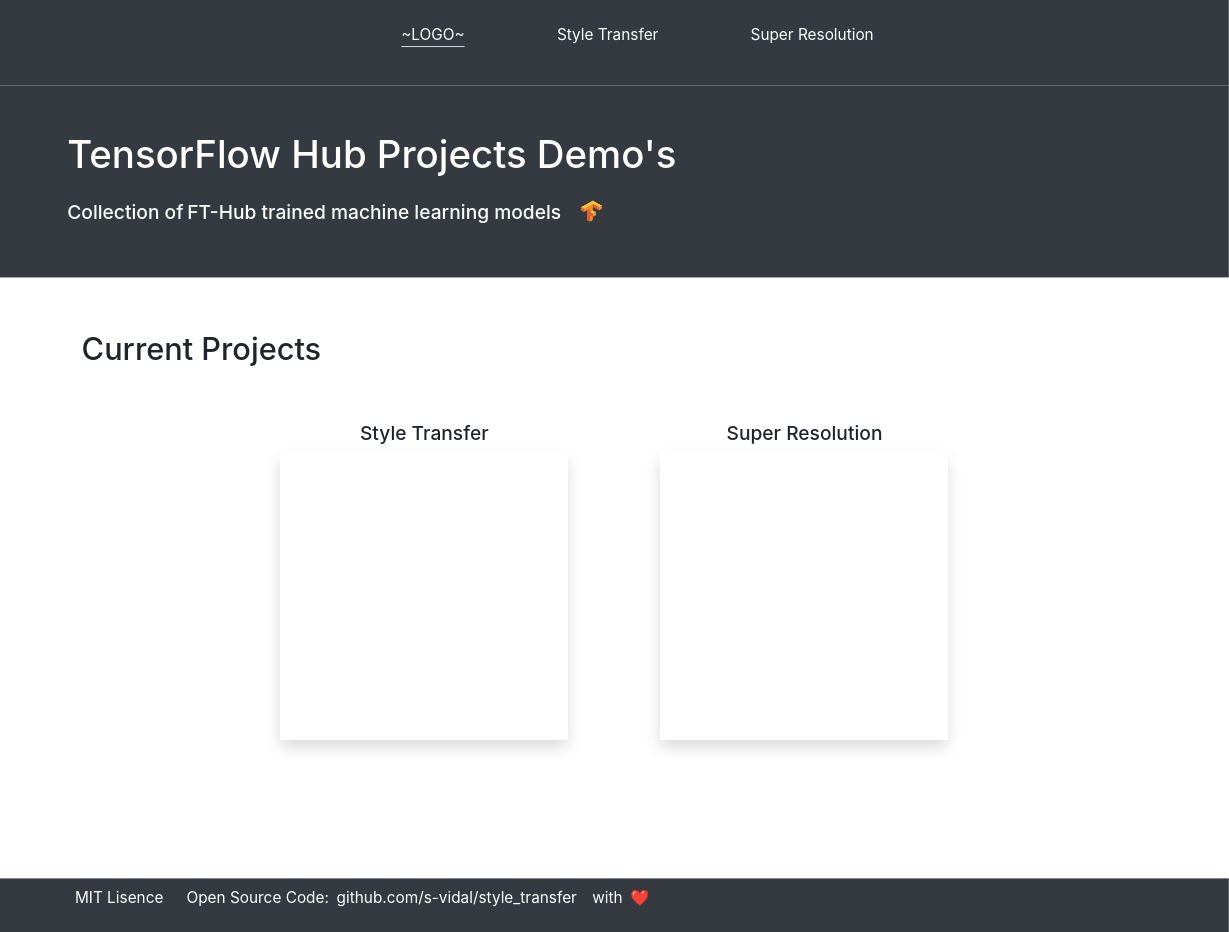
Repository: s-vidal/style_transfer
Page: / (app in client/)
These files come from the project's save history. The page is drawn as it stood at one moment and after a run of saves; the edit follows.
The browser window is 1280 px wide. The pictures show the whole page, at 96% of full size.
The pointer rests on the first visible `.home-item`.
The page's requests for data from a server got no answer. The project was rebuilt for these pictures with package versions that can differ from the ones it lists, and the page was loaded fresh each time. A package was used in the major version that the imports need, not the one package.json lists. No one was signed in, and anything a server would have sent is missing. Also part of the build but not shown: client/src/components/DropZone.jsx, client/src/lib/api.js, client/src/components/Inference.jsx, client/src/components/Header.jsx, client/src/pages/StyleTransfer.jsx, client/src/pages/SuperResolution.jsx.

Above is the page before, as saved 2020-09-30 14:32:27.

### client/public/index.html
<!DOCTYPE html>
<html lang="en">
  <head>
    <meta charset="utf-8" />
    <link rel="icon" href="%PUBLIC_URL%/favicon.ico" />
    <meta name="viewport" content="width=device-width, initial-scale=1" />
    <meta name="theme-color" content="#000000" />
    <meta
      name="description"
      content="Web site created using create-react-app"
    />
    <link rel="apple-touch-icon" href="%PUBLIC_URL%/logo192.png" />
    <!--
      manifest.json provides metadata used when your web app is installed on a
      user's mobile device or desktop. See https://developers.google.com/web/fundamentals/web-app-manifest/
    -->
    <link rel="manifest" href="%PUBLIC_URL%/manifest.json" />
    <!--
      Notice the use of %PUBLIC_URL% in the tags above.
      It will be replaced with the URL of the `public` folder during the build.
      Only files inside the `public` folder can be referenced from the HTML.

      Unlike "/favicon.ico" or "favicon.ico", "%PUBLIC_URL%/favicon.ico" will
      work correctly both with client-side routing and a non-root public URL.
      Learn how to configure a non-root public URL by running `npm run build`.
    -->
    <!-- CSS only -->
    <link
      rel="stylesheet"
      href="https://stackpath.bootstrapcdn.com/bootstrap/4.5.2/css/bootstrap.min.css"
      integrity="sha384-JcKb8q3iqJ61gNV9KGb8thSsNjpSL0n8PARn9HuZOnIxN0hoP+VmmDGMN5t9UJ0Z"
      crossorigin="anonymous"
    />
    <title>React App</title>
  </head>
  <body>
    <noscript>You need to enable JavaScript to run this app.</noscript>
    <div id="root"></div>
    <!--
      This HTML file is a template.
      If you open it directly in the browser, you will see an empty page.

      You can add webfonts, meta tags, or analytics to this file.
      The build step will place the bundled scripts into the <body> tag.

      To begin the development, run `npm start` or `yarn start`.
      To create a production bundle, use `npm run build` or `yarn build`.
    -->
    <!-- JS, Popper.js, and jQuery -->
    <script
      src="https://code.jquery.com/jquery-3.5.1.slim.min.js"
      integrity="sha384-DfXdz2htPH0lsSSs5nCTpuj/zy4C+OGpamoFVy38MVBnE+IbbVYUew+OrCXaRkfj"
      crossorigin="anonymous"
    ></script>
    <script
      src="https://cdn.jsdelivr.net/npm/popper.js@1.16.1/dist/umd/popper.min.js"
      integrity="sha384-9/reFTGAW83EW2RDu2S0VKaIzap3H66lZH81PoYlFhbGU+6BZp6G7niu735Sk7lN"
      crossorigin="anonymous"
    ></script>
    <script
      src="https://stackpath.bootstrapcdn.com/bootstrap/4.5.2/js/bootstrap.min.js"
      integrity="sha384-B4gt1jrGC7Jh4AgTPSdUtOBvfO8shuf57BaghqFfPlYxofvL8/KUEfYiJOMMV+rV"
      crossorigin="anonymous"
    ></script>
  </body>
</html>

### client/src/App.js
import React from "react";
import {BrowserRouter as Router, Switch, Route} from "react-router-dom";
import "./App.css";
import StyleTransfer from "./pages/StyleTransfer";
import SuperResolution from "./pages/SuperResolution";
import Footer from "./components/Footer";
import NavBar from "./components/NavBar";
import HomePage from "./pages/HomePage";

function App() {
  return (
    <div>
      <Router>
        <NavBar />
        <Switch>
          <Route path="/super-resolution">
            <SuperResolution />
          </Route>
          <Route path="/style-transfer">
            <StyleTransfer />
          </Route>
          <Route path="/">
            <HomePage />
          </Route>
        </Switch>
        <Footer />
      </Router>
    </div>
  );
}

export default App;

### client/src/App.css
.vh-59 {
  min-height: 58.6vh;
}

.italic {
  font-style: italic;
}

### client/src/components/Footer.jsx
import React from "react";

const Footer = () => {
  return (
    <div className="text-white bg-dark">
      <div className="container mt-5">
        <div className="row p-2 mt-4">
          <p className="mr-4">MIT Lisence</p>
          <p>Open Source Code:</p>
          <a
            className="ml-2 text-white"
            href="https://github.com/s-vidal/style_transfer"
          >
            <span>github.com/s-vidal/style_transfer</span>
          </a>
          <p className="ml-3 mr-1"> with </p>
          <span role="img" aria-label="emoji" className="ml-1">
            ❤️
          </span>
        </div>
      </div>
    </div>
  );
};

export default Footer;

### client/src/components/NavBar.jsx
import React, {useState, useEffect} from "react";
import {Link, useLocation} from "react-router-dom";
import "./NavBar.css";

const NavBar = () => {
  const [currentPage, setCurrentPage] = useState("");
  const location = useLocation();

  useEffect(() => {
    const currentPath = location.pathname;
    setCurrentPage(currentPath.substring(1));
  }, [location]);

  return (
    <nav className="navbar navbar-expand-lg d-flex justify-content-center bg-dark pt-3 pb-3">
      <ul className="navbar-nav">
        <li className="nav-item">
          <Link className="nav-link pl-5 pr-5" to={"/"}>
            <div className="ml-5 ">
              <p
                className={
                  currentPage === ""
                    ? "text-white nav-text active border-bottom"
                    : "text-white nav-text"
                }
              >
                ~LOGO~
              </p>
            </div>
          </Link>
        </li>
        <li className="nav-item">
          <Link
            className="nav-link pl-5 pr-5 text-white"
            to={"/style-transfer"}
          >
            <p
              className={
                currentPage === "style-transfer"
                  ? "text-white nav-text active border-bottom"
                  : "text-white nav-text"
              }
            >
              Style Transfer
            </p>
          </Link>
        </li>
        <li className="nav-item active">
          <Link
            className="nav-link pl-5 pr-5 text-white"
            to={"/super-resolution"}
          >
            <p
              className={
                currentPage === "super-resolution"
                  ? "text-white nav-text active border-bottom"
                  : "text-white nav-text"
              }
            >
              Super Resolution
            </p>
          </Link>
        </li>
      </ul>
    </nav>
  );
};

export default NavBar;

### client/src/pages/HomePage.jsx
import React from "react";
import "../components/HomePage.css";

const HomePage = () => {
  return (
    <>
      <div className="bg-dark text-white p-4 pt-5 pb-5">
        <div className="container">
          <div className="row">
            <h1>TensorFlow Hub Projects Demo's</h1>
          </div>
          <div className="row mt-3">
            <h5>Collection of</h5>
            <a
              href="https://tfhub.dev/google/magenta/arbitrary-image-stylization-v1-256/2"
              className="pl-1 pr-1 text-white"
            >
              <h5>FT-Hub trained machine learning models</h5>
            </a>
            <img
              className="ml-3"
              src={require("../img/tf_logo.png")}
              alt="tf"
              width="22"
              height="22"
            ></img>
          </div>
        </div>
      </div>
      <div className="vh-59 p-5 pb-0">
        <div className="container">
          <div>
            <h2 className="mt-2">Current Projects</h2>
          </div>
          <div className="row d-flex justify-content-center">
            <div className="m-5">
              <h5 className="text-center">Style Transfer</h5>
              <div className="home-item shadow"></div>
            </div>
            <div className="m-5">
              <h5 className="text-center"> Super Resolution</h5>
              <div className="home-item shadow"></div>
            </div>
          </div>
        </div>
      </div>
    </>
  );
};

export default HomePage;

### client/src/components/NavBar.css
.nav-text:hover {
  border-bottom: 1px solid white;
}

### client/src/components/HomePage.css
.home-item {
  min-width: 300px;
  min-height: 300px;
}
.home-item:hover {
  cursor: pointer;
  min-width: 300px;
  min-height: 300px;
}

Loaded but not shown: client/src/index.js (common file); client/src/index.css (common file); client/src/serviceWorker.js (common file); client/public/manifest.json (common file)

After the next 2 saves:
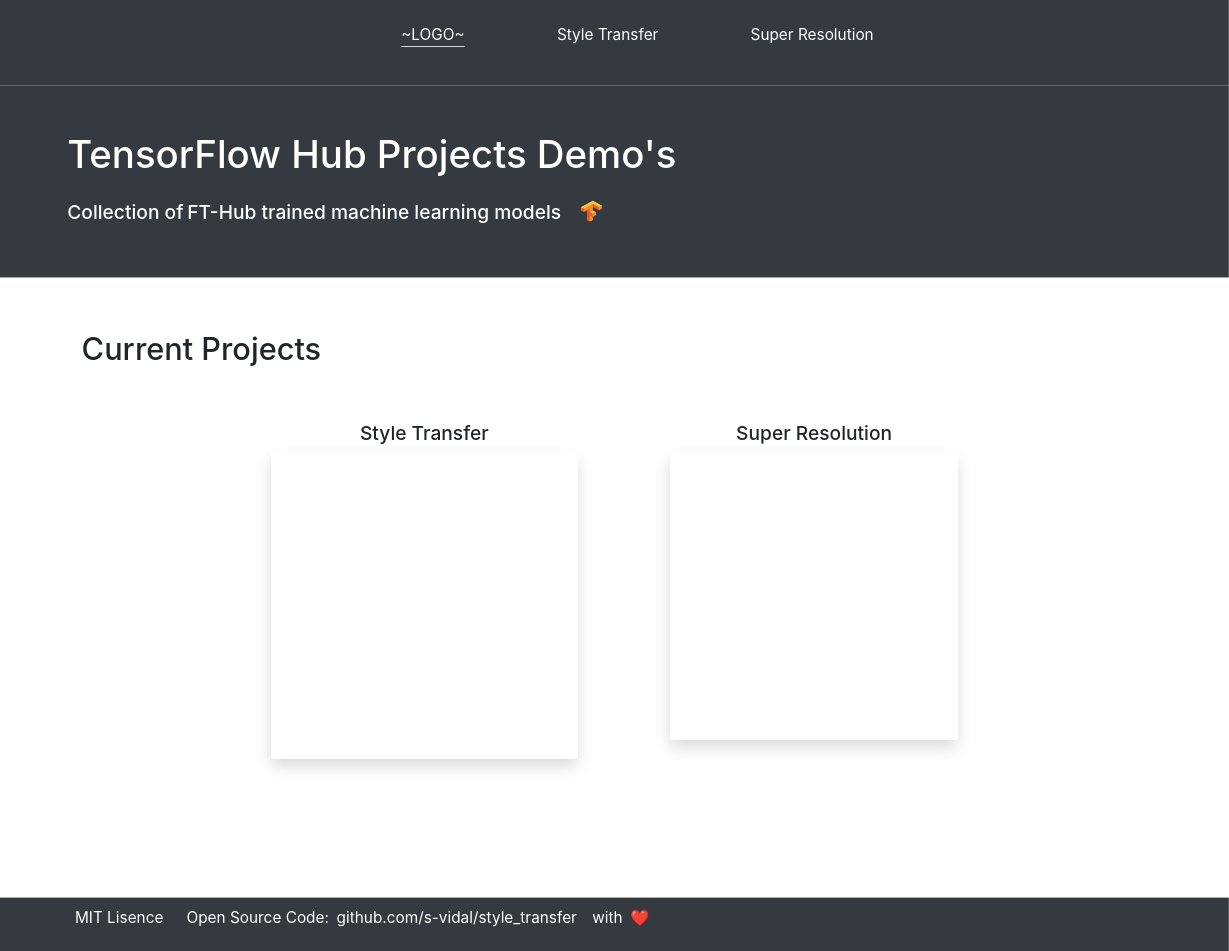
The 2 saves are shown as one change because they came seconds apart.
The last was saved 5 s later.
--- a/client/src/components/HomePage.css
+++ b/client/src/components/HomePage.css
@@ -4,6 +4,6 @@
 }
 .home-item:hover {
   cursor: pointer;
-  min-width: 300px;
-  min-height: 300px;
+  min-width: 320px;
+  min-height: 320px;
 }
